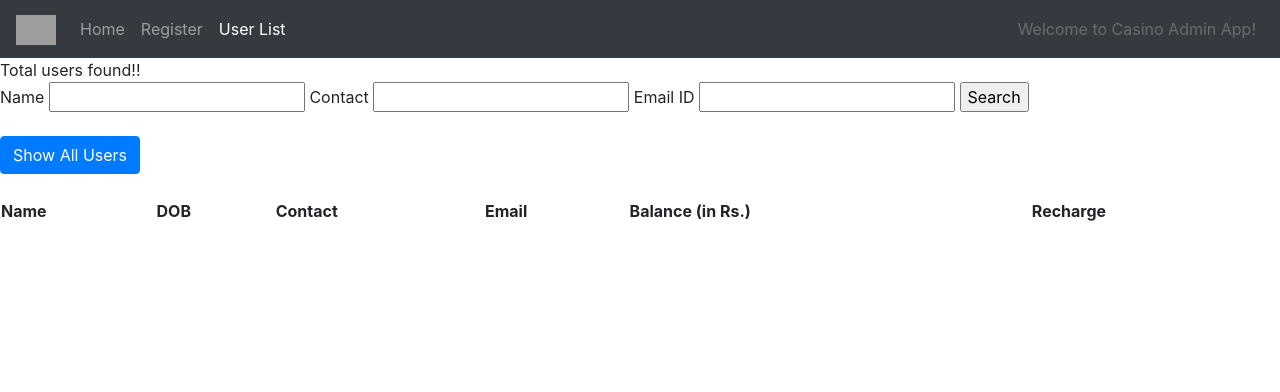
Repository: piyushrulesyou/CasinoGameApplication
Page: http://localhost/adminPanel/UsersList.jsp
The author's editor kept a copy of each file at every save. The page is drawn from the files as they stood at one save, then again after the next save.
The browser window is 1280 px wide. The pictures show the whole page.
Pictures or frames that could not be fetched are drawn as grey boxes. The page is served by Tomcat 9. Nobody is signed in. The application's start-up code is not run. Other server files are loaded and not shown.

Above is the page before, as saved 2019-11-01 06:22:05.

### AdminPanel/adminPanel/src/main/webapp/UsersList.jsp
<%@ taglib uri="http://java.sun.com/jsp/jstl/core" prefix="c"%>

<%@ page language="java" contentType="text/html; charset=ISO-8859-1"
	pageEncoding="ISO-8859-1" isELIgnored="false"%>

<!DOCTYPE html>
<html>
<head>
<title>UsersList</title>
<meta charset="utf-8">

<meta name="viewport" content="width=device-width, initial-scale=1">


<link rel="stylesheet"
	href="https://maxcdn.bootstrapcdn.com/bootstrap/4.3.1/css/bootstrap.min.css">
<script
	src="https://ajax.googleapis.com/ajax/libs/jquery/3.4.1/jquery.min.js"></script>
<script
	src="https://cdnjs.cloudflare.com/ajax/libs/popper.js/1.14.7/umd/popper.min.js"></script>
<script
	src="https://maxcdn.bootstrapcdn.com/bootstrap/4.3.1/js/bootstrap.min.js"></script>
</head>
<body>

	<nav class="navbar navbar-expand-sm bg-dark navbar-dark">
		<!-- 	<nav class="navbar navbar-expand-sm navbar-light bg-faded"> -->
		<a class="navbar-brand" href="index.jsp"> <img
			src="https://www.slotnite.com/images/sliders/livecasino/casino1.png"
			alt="logo" style="width: 40px;">
		</a>

		<!-- Links -->
		<ul class="navbar-nav mr-auto">
			<li class="nav-item"><a class="nav-link" href="index.jsp">Home</a></li>
			<li class="nav-item"><a class="nav-link" href="register">Register</a></li>
			<li class="nav-item"><a class="nav-link active" href="">User
					List</a></li>
		</ul>
		<ul class="navbar-nav">
			<li class="nav-item"><span class="nav-link disabled">Welcome
					to Casino Admin App!</span></li>
		</ul>
	</nav>

	Total ${listOfUsers.size()} users found!!

	<form action="filterUsers" method="post">
		Name <input type="text" id="filterName" name="filterName">
		Contact <input type="number" id="filterContact" name="filterContact">
		Email ID <input type="text" id="filterEMail" name="filterEMail">
		<input type="submit" value="Search">
	</form>
	<br>

	<a href="showUsers"><button class="btn btn-primary">Show
			All Users</button></a>

	<c:if test="${listOfUsers.size() == 0}">
		<div class="alert alert-danger">No Users Found!!</div>
	</c:if>

	<br>
	<br>

	<c:if test="${listOfUsers.size() != 0}">

		<table width="100%" class="w3-table-all w3-centered">
			<tr>
				<th>Name</th>
				<th>DOB</th>
				<th>Contact</th>
				<th>Email</th>
				<th>Balance (in Rs.)</th>
				<th>Recharge</th>
			</tr>

			<c:forEach items="${listOfUsers}" var="eachUser">

				<tr>
					<td>${eachUser.customerName}</td>
					<td>${eachUser.dateOfBirth}</td>
					<td>${eachUser.contactNumber}</td>
					<td>${eachUser.emailID}</td>
					<td>${eachUser.accountBalance}</td>
					<td><a href="recharge.jsp">Recharge</a></td>

					<!-- 				<td><a -->
					<%-- 					href="edit?employeeCode=${item.employeeCode}&hrName=${hrName}"><button --%>
					<!-- 							class="buttonEdit">Edit</button></a> <a -->
					<%-- 					href="delete?employeeName=${item.employeeName}&employeeCode=${item.employeeCode}&hrName=${hrName}"><button --%>
					<!-- 							class="buttonDelete">Delete</button></a></td> -->

				</tr>
			</c:forEach>
		</table>
	</c:if>

</body>
</html>

After the next save:
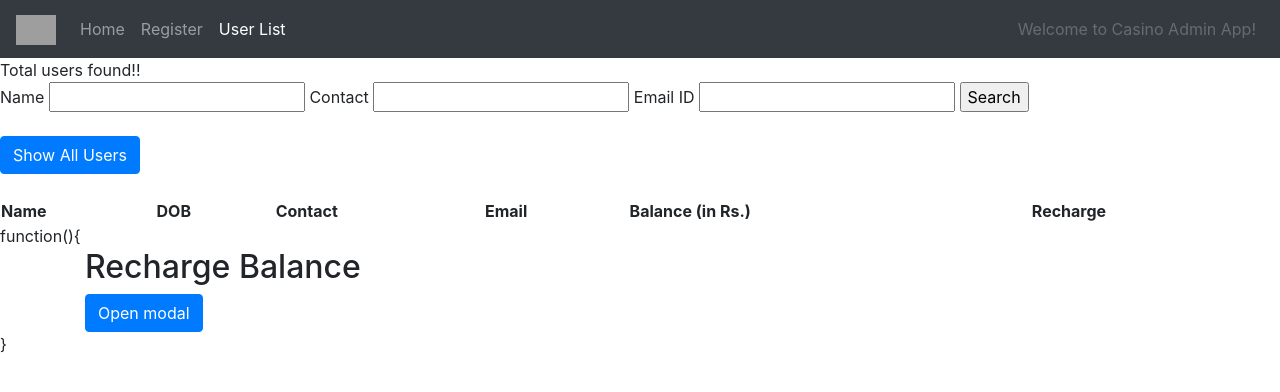
Saved 10 min 4 s later.
--- a/AdminPanel/adminPanel/src/main/webapp/UsersList.jsp
+++ b/AdminPanel/adminPanel/src/main/webapp/UsersList.jsp
@@ -96,5 +96,54 @@
 		</table>
 	</c:if>
 
+
+
+
+
+
+function(){
+
+
+<div class="container">
+  <h2>Recharge Balance</h2>
+  <!-- Button to Open the Modal -->
+  <button type="button" class="btn btn-primary" data-toggle="modal" data-target="#myModal">
+    Open modal
+  </button>
+
+  <!-- The Modal -->
+  <div class="modal" id="myModal">
+    <div class="modal-dialog">
+      <div class="modal-content">
+
+        <!-- Modal Header -->
+        <div class="modal-header">
+          <h4 class="modal-title">Modal Heading</h4>
+          <button type="button" class="close" data-dismiss="modal">&times;</button>
+        </div>
+
+        <!-- Modal body -->
+        <div class="modal-body">
+          Modal body..
+        </div>
+
+        <!-- Modal footer -->
+        <div class="modal-footer">
+          <button type="button" class="btn btn-danger" data-dismiss="modal">Close</button>
+        </div>
+
+      </div>
+    </div>
+  </div>
+
+</div>
+
+
+
+}
+
+
+
+
 </body>
 </html>
